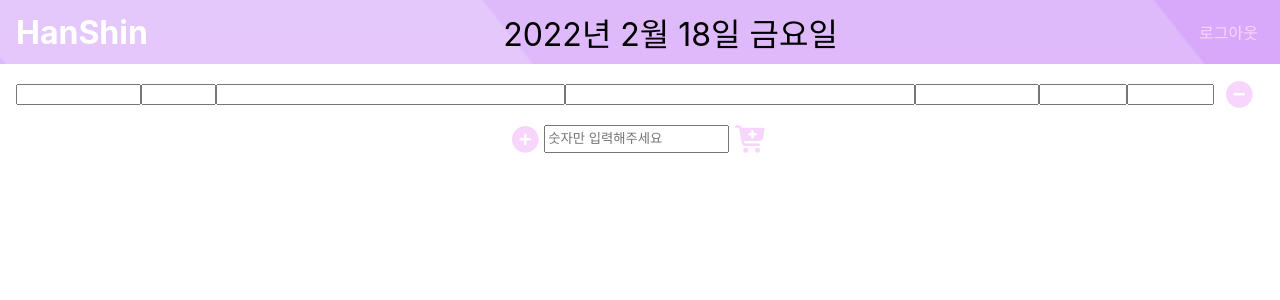
Repository: SeungYn/hanshinClient
Page: /add
The author's editor kept a copy of each file at every save. The page is drawn from the files as they stood at one save, then again after the next save.
The browser window is 1280 px wide. The pictures show the whole page.
The project was rebuilt for these pictures with package versions that can differ from the ones it lists, and the page was loaded fresh each time. Also part of the build but not shown: src/App.css, src/components/item/item.jsx, src/components/package/package.module.css, src/components/package/package.jsx.

Above is the page before, as saved 2022-02-20 03:22:37.

After the next save:
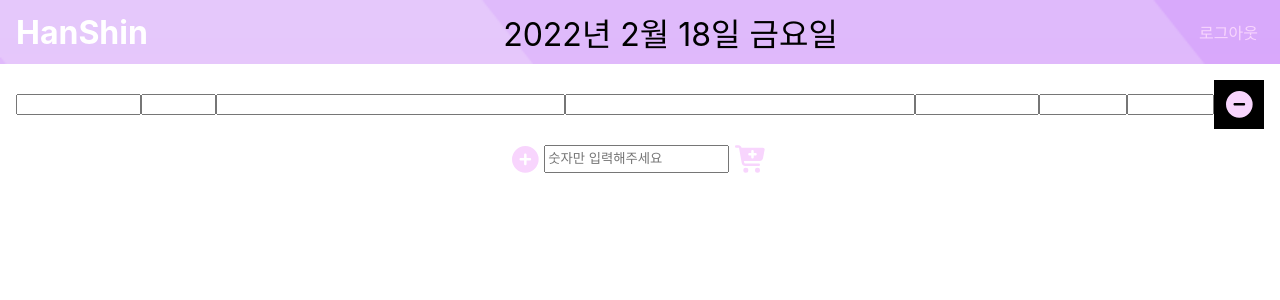
Saved 47 s later.
--- a/src/addboxs/addBoxs.jsx
+++ b/src/addboxs/addBoxs.jsx
@@ -170,7 +170,7 @@ const AddBoxs = (props) => {
               />
               <button
                 type='button'
-                className={styles.addBtn}
+                className={`${styles.addBtn} ${styles.minus}`}
                 onClick={(event) => onRemove(event, index)}
               >
                 <FontAwesomeIcon icon={faCircleMinus} size='2x' />
@@ -180,7 +180,7 @@ const AddBoxs = (props) => {
         })}
       </form>
       <div className={styles.bottomBtn}>
-        <button className={styles.addBtn} onClick={onAdd}>
+        <button className={`${styles.addBtn}`} onClick={onAdd}>
           <FontAwesomeIcon icon={faCirclePlus} size='2x' />
         </button>
         <input
